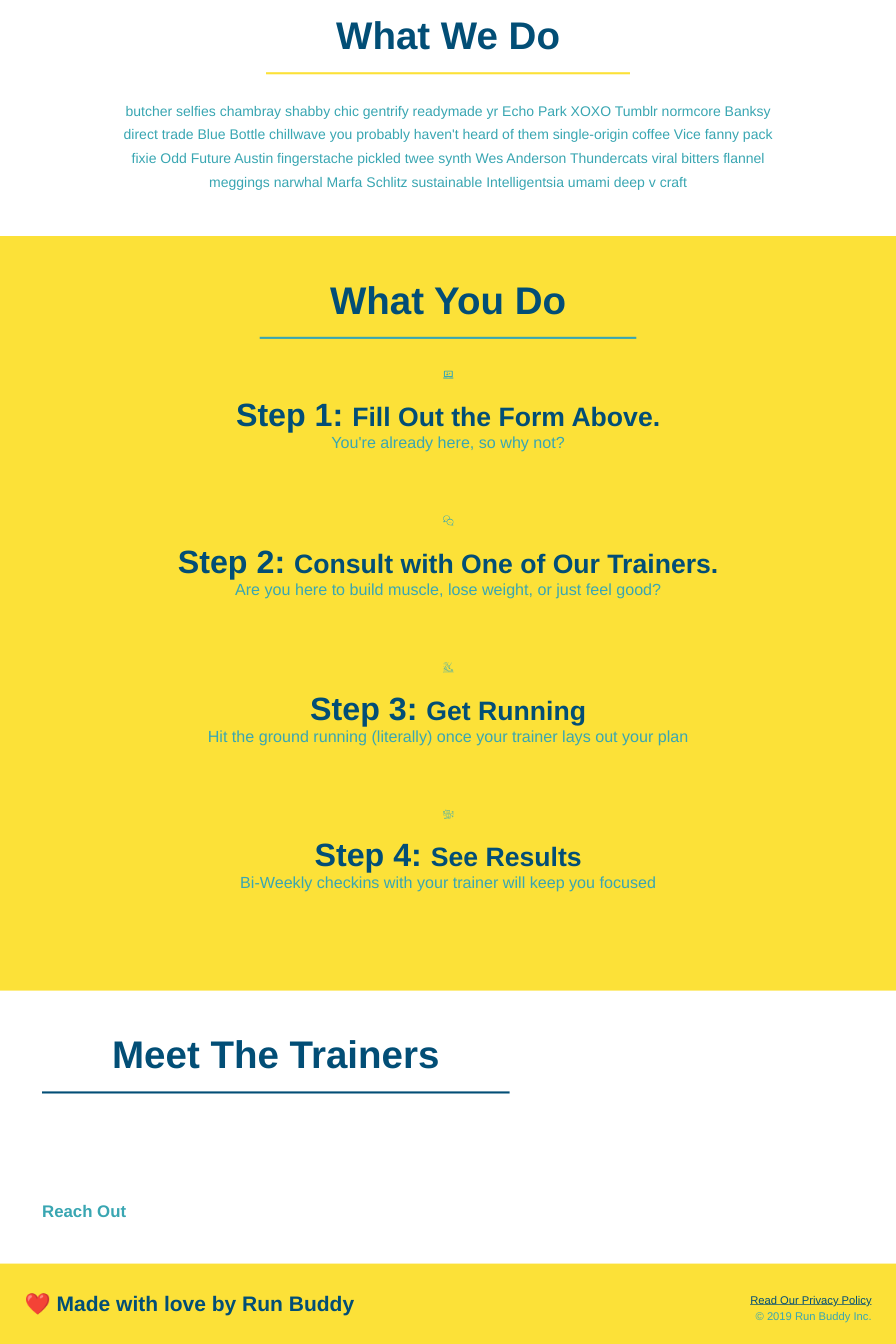
Repository: symlara/run-buddy
Page: index.html
These files come from the project's save history. The page is drawn as it stood at one moment and after the next save; the edit follows.
The browser window is 1280 px wide. The pictures show the part of the page from y = 843 to 2763 px (the page is 2763 px tall), at 70% of full size.

Above is the page before, as saved 2020-12-10 13:19:03.

After the next save:
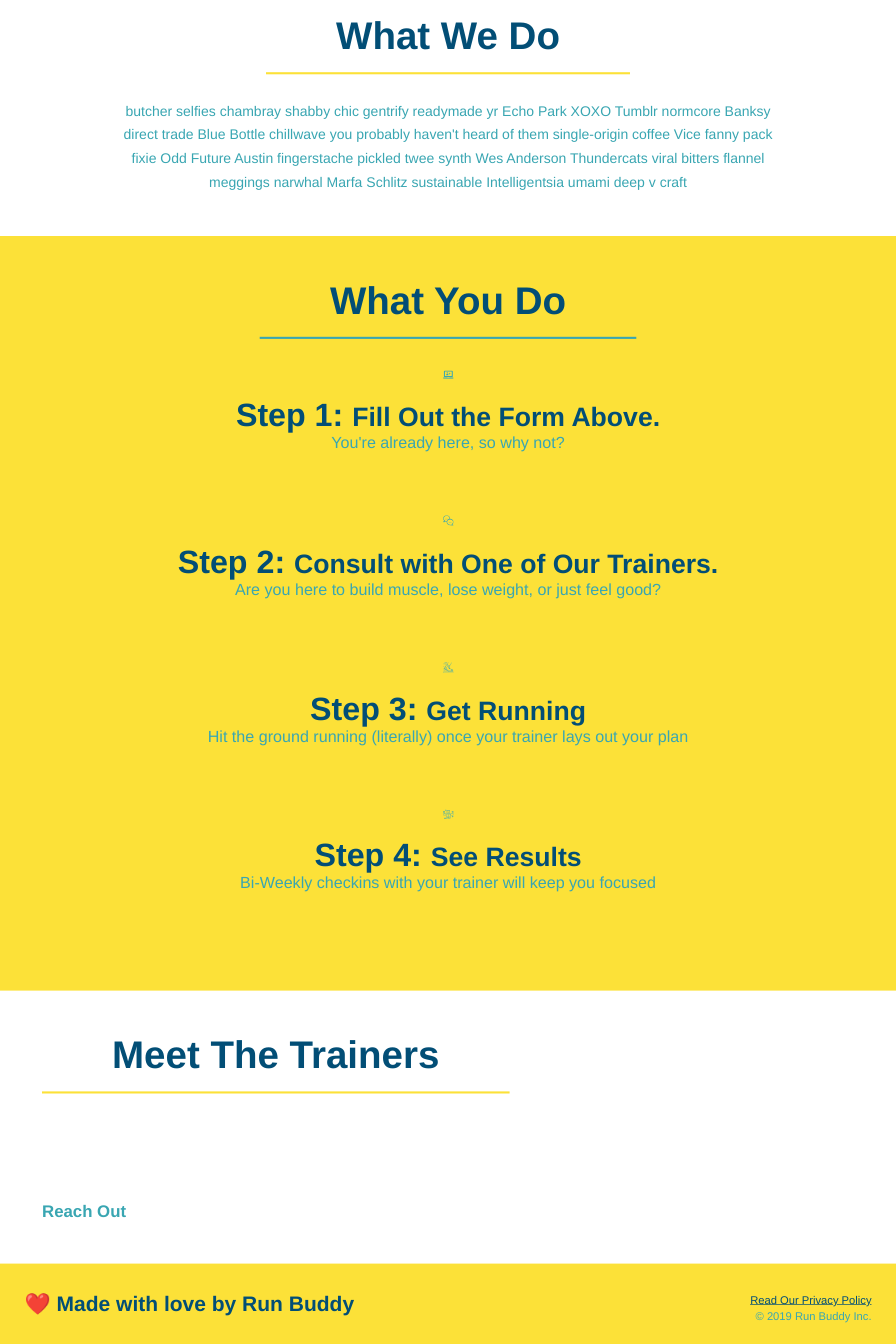
Saved 4 s later.
--- a/index.html
+++ b/index.html
@@ -110,7 +110,7 @@
 
         <!-- "meet the trainers" section -->
         <section id="your-trainers" class="your-trainers">
-            <h2 class="section-title ">Meet The Trainers
+            <h2 class="section-title primary-border">Meet The Trainers
 
             </h2>
         </section>
